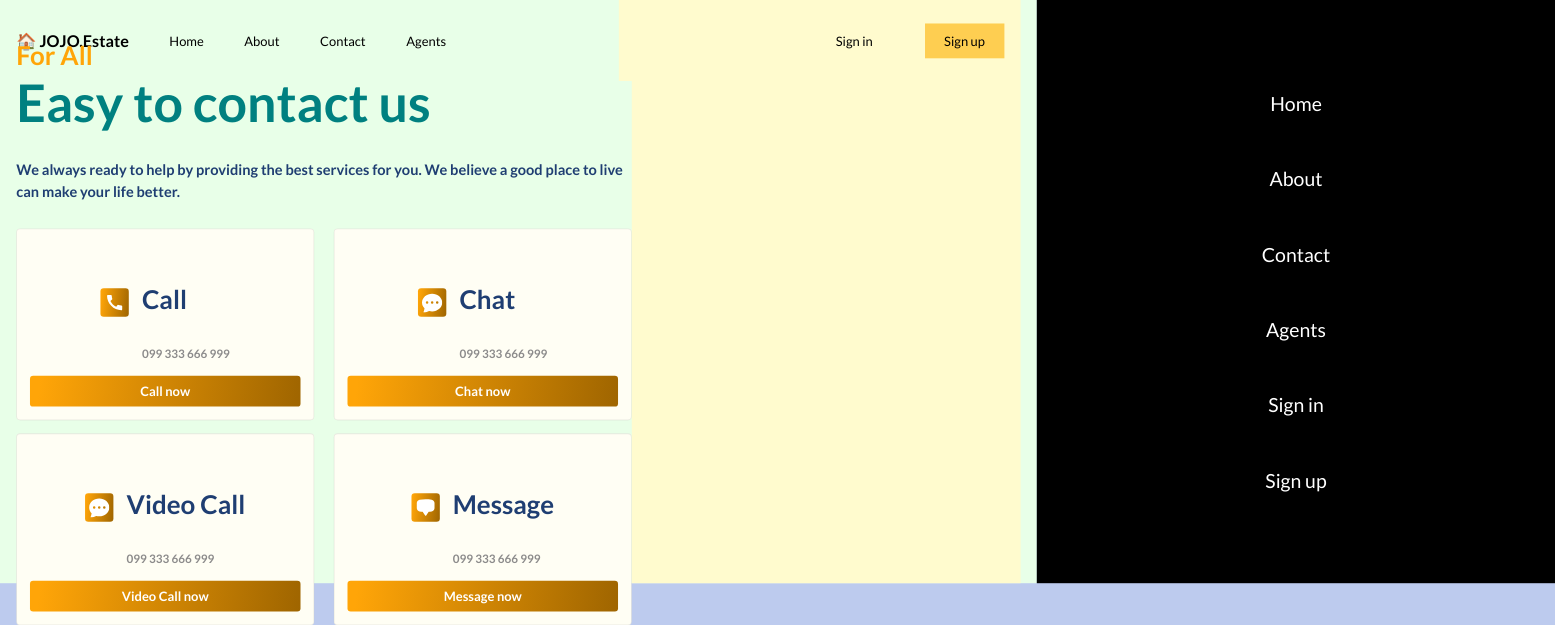
Repository: AiTrinh303/JOJO-estate
Page: /contact (app in client/)
The author's editor kept a copy of each file at every save. The page is drawn from the files as they stood at one save, then again after the next save.
The browser window is 1280 px wide. The page is 1920 px wide, so the pictures cover 1920 px, including what lies to the right of the window. The pictures show the whole page, at 81% of full size.
The page's requests for data from a server got no answer. The project was rebuilt for these pictures with package versions that can differ from the ones it lists, and the page was loaded fresh each time. No one was signed in, and anything a server would have sent is missing. Also part of the build but not shown: client/vite.config.js, client/src/components/searchBar/searchBar.scss, client/src/components/searchBar/SearchBar.jsx, client/src/routes/homePage/homePage.scss, client/src/routes/homePage/homePage.jsx, client/src/routes/listPage/listPage.scss, client/src/components/filter/filter.scss, client/src/components/filter/Filter.jsx and 30 more. Imported but missing from the stored project, and not drawn on this page: client/src/components/uploadWidget/UploadWidget.

Above is the page before, as saved 2024-10-15 14:59:32.

After the next save:
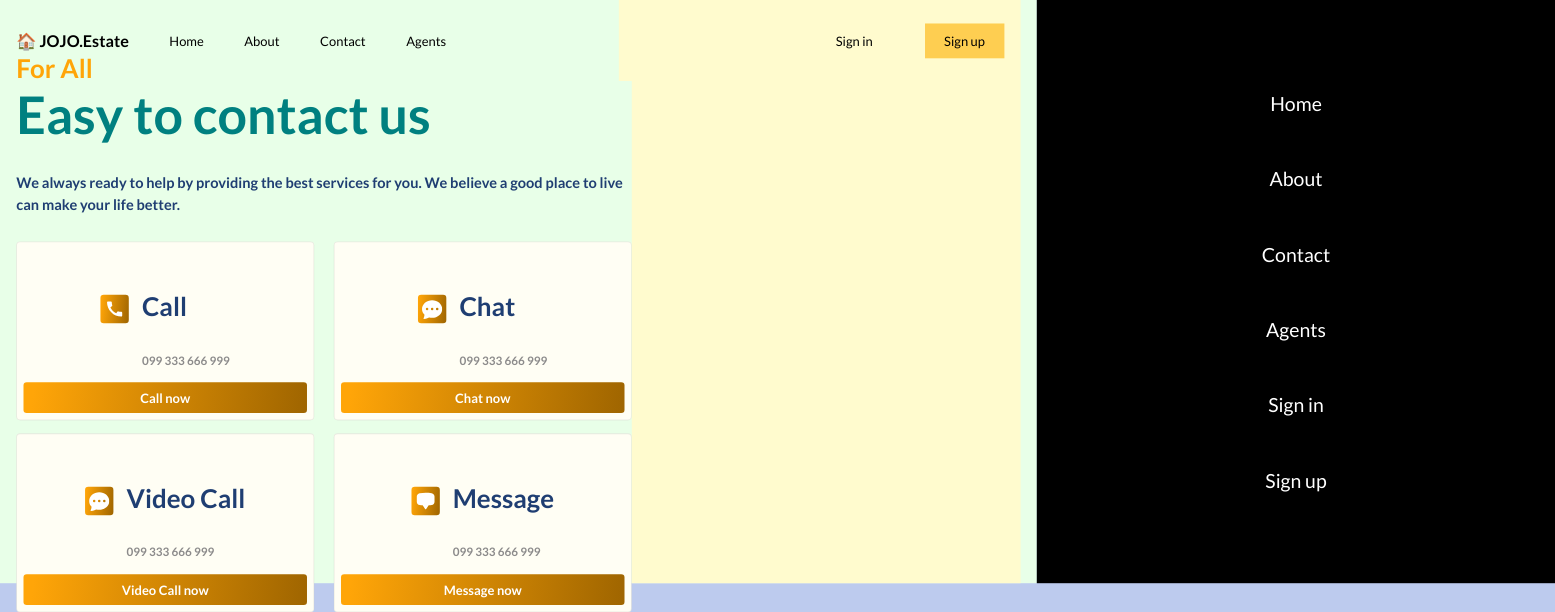
Saved 13 s later.
--- a/client/src/routes/contactPage/contactPage.scss
+++ b/client/src/routes/contactPage/contactPage.scss
@@ -49,7 +49,7 @@
                 align-items: center;
                 flex-direction: column;
                 width: 23rem;
-                padding: 1rem;
+                padding: .5rem;
                 border: 0.8px solid rgba(115, 114, 114, 0.143);
                 border-radius: 5px;
                 gap: 1rem;

After the save that followed:
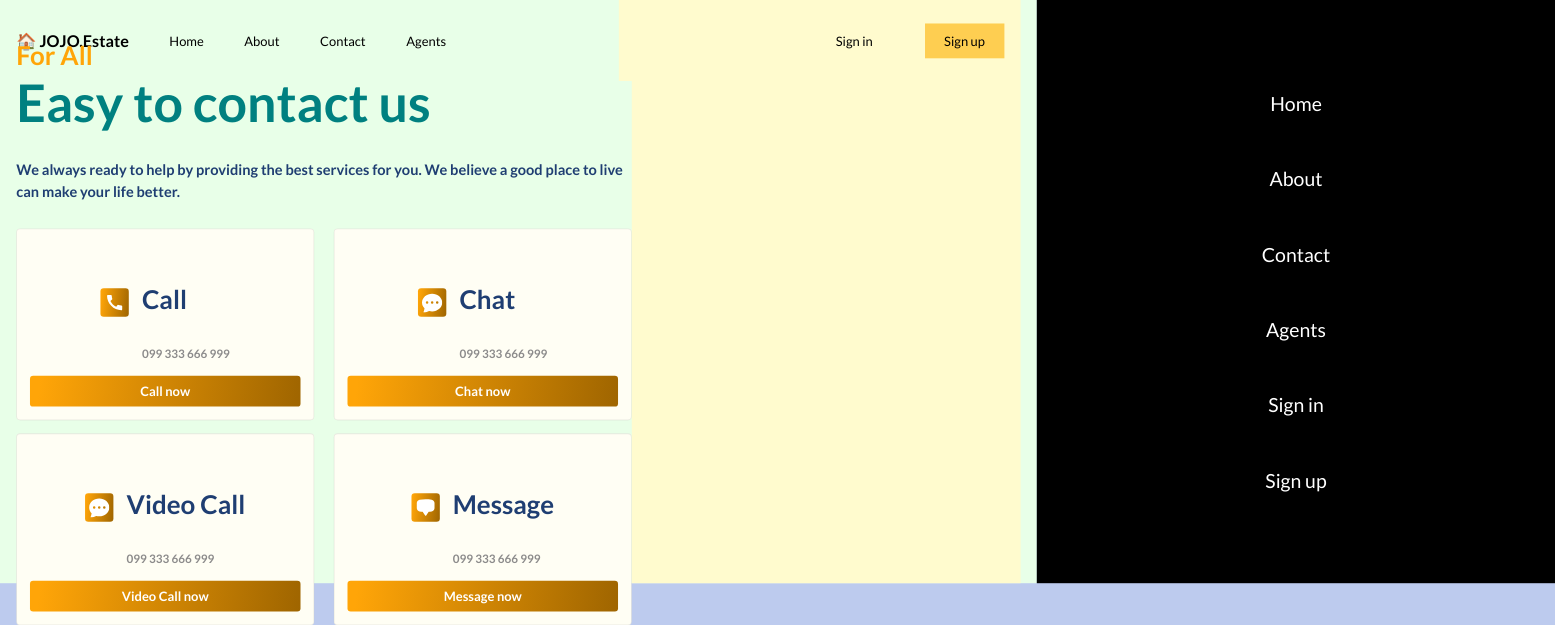
Saved 10 s later.
--- a/client/src/routes/contactPage/contactPage.scss
+++ b/client/src/routes/contactPage/contactPage.scss
@@ -49,7 +49,7 @@
                 align-items: center;
                 flex-direction: column;
                 width: 23rem;
-                padding: .5rem;
+                padding: 1rem;
                 border: 0.8px solid rgba(115, 114, 114, 0.143);
                 border-radius: 5px;
                 gap: 1rem;
